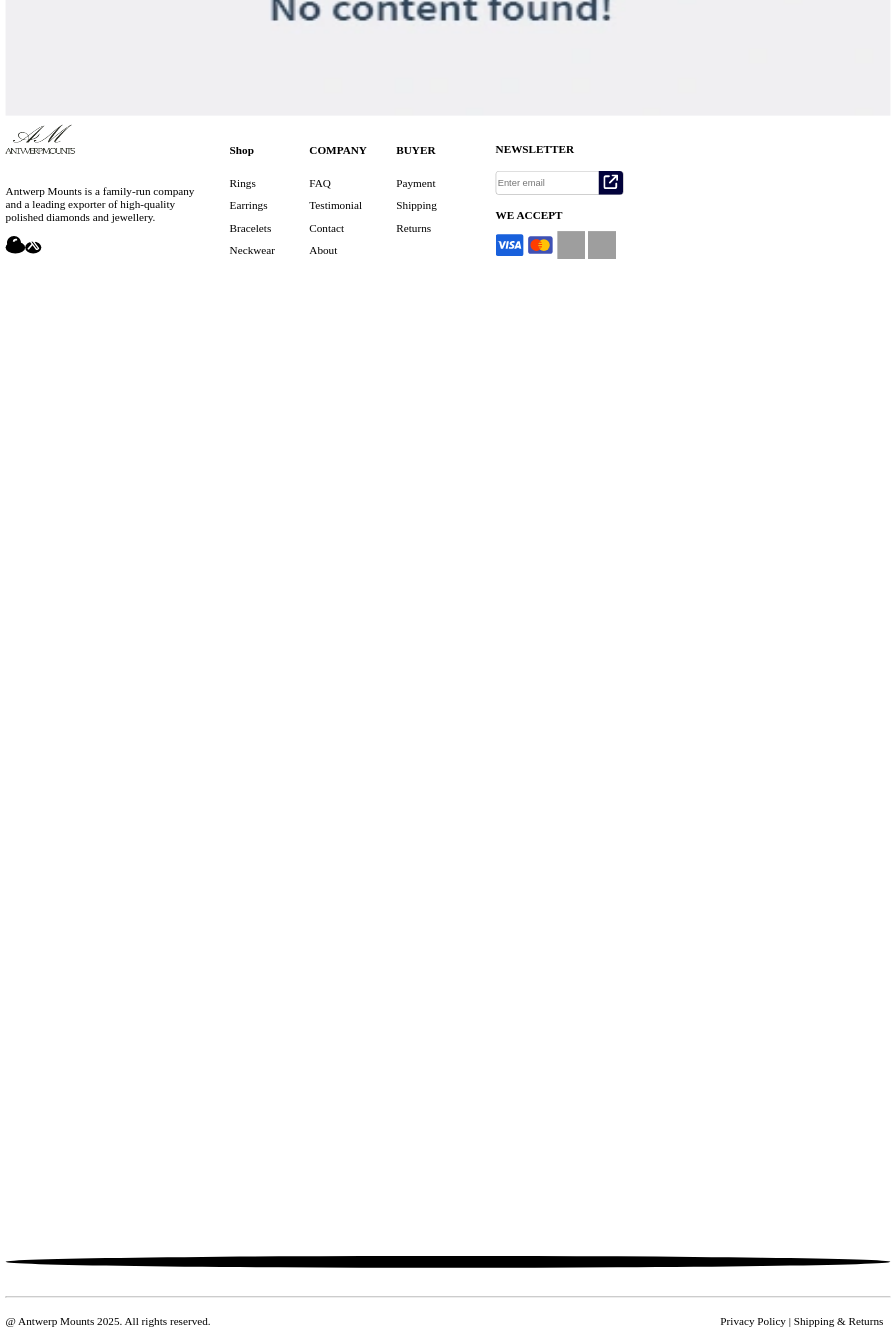
Repository: kea-0424/Web-Development-Project-1
Page: First_collaboration/JewelarySite.html
These files come from the project's save history. The page is drawn as it stood at one moment and after a run of saves; the edit follows.
The browser window is 1280 px wide. The pictures show the part of the page from y = 723 to 2643 px (the page is 2643 px tall before and 1194 px after), at 70% of full size.
Pictures or frames that could not be fetched are drawn as grey boxes.

Above is the page before, as saved 2025-01-23 12:22:06.

After the next 2 saves:
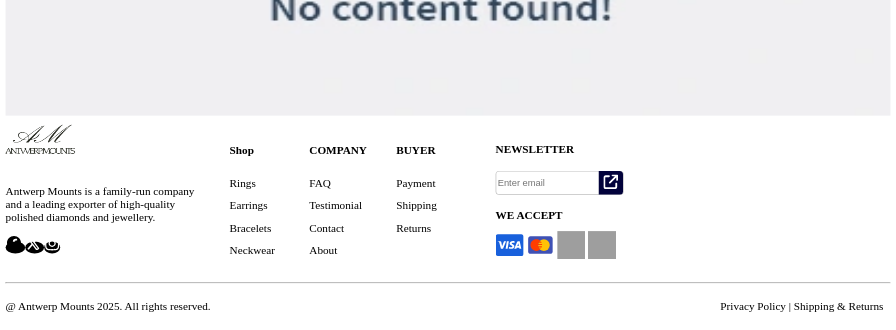
The 2 saves are shown as one change because they came seconds apart.
The last was saved 49 s later.
--- a/First_collaboration/JewelarySite.css
+++ b/First_collaboration/JewelarySite.css
@@ -118,7 +118,7 @@ main,.No_Content {
     /*border: 1px solid red;*/
     display: inline-block;
 }
-.instagram_link {
+#instagram_link {
     height: 23px;
     width: 23px;
 }
